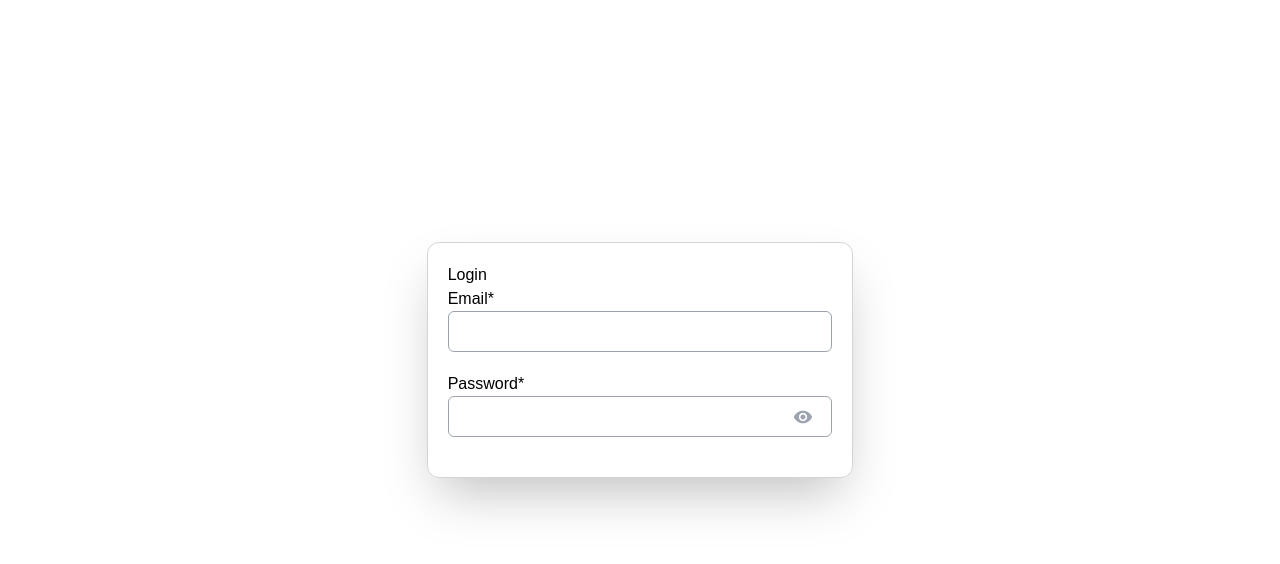
Repository: Qu4ntumGuy/support-ai
Page: /auth (app in frontend/)
An editor plug-in stored every save of this project. The page is shown before and after the next save, followed by the edit.
The browser window is 1280 px wide. The pictures show the whole page.
The project was rebuilt for these pictures with package versions that can differ from the ones it lists, and the page was loaded fresh each time.

Above is the page before, as saved 2024-07-13 18:46:42.

After the next save:
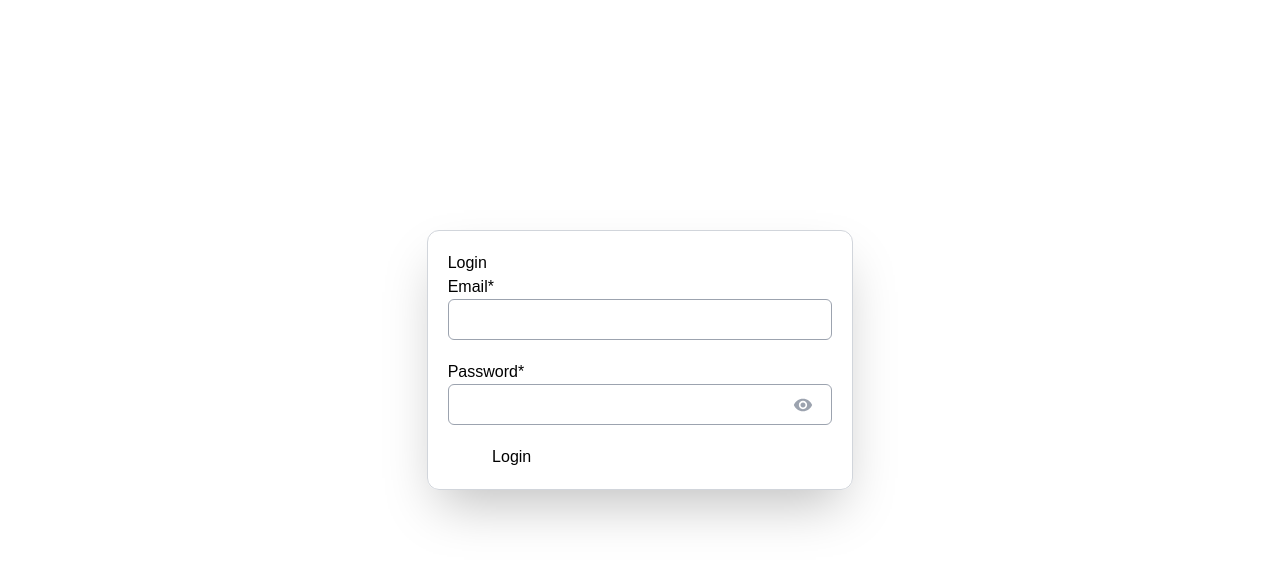
Saved 23 s later.
--- a/frontend/src/Pages/Auth/Auth.js
+++ b/frontend/src/Pages/Auth/Auth.js
@@ -64,6 +64,7 @@ function Auth() {
                 </div>
               </div>
             </div>
+            <button className="w-32">{loading ? "Loading..." : "Login"}</button>
           </form>
         </div>
       </div>
